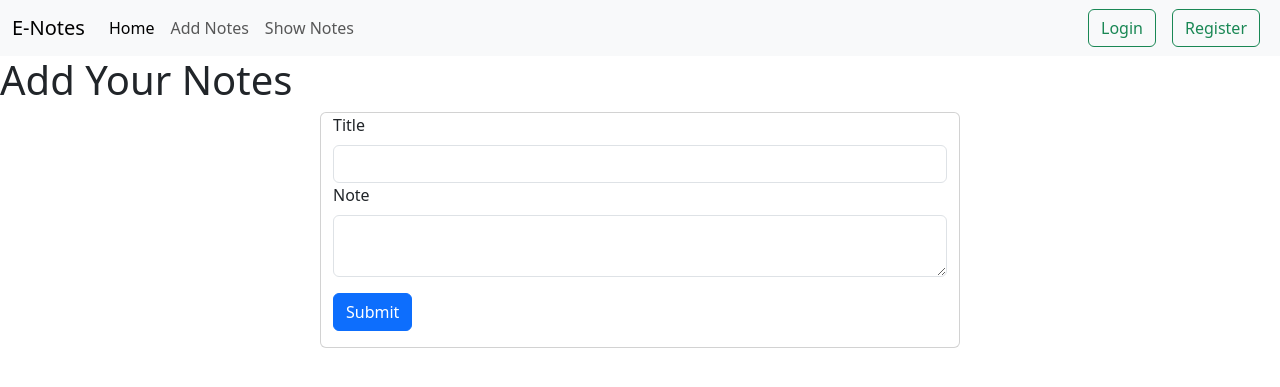
Repository: SandeepSharma2002/JavaProjects
Page: http://localhost/ENotes/addNotes.jsp
The author's editor kept a copy of each file at every save. The page is drawn from the files as they stood at one save, then again after the next save.
The browser window is 1280 px wide. The pictures show the whole page.
The page is served by Tomcat 9. Other server files are loaded and not shown.

Above is the page before, as saved 2023-10-24 18:52:53.

### ENotes/src/main/webapp/addNotes.jsp
<%@ page language="java" contentType="text/html; charset=ISO-8859-1"
	pageEncoding="ISO-8859-1"%>
<!DOCTYPE html>
<html>
<head>
<meta charset="ISO-8859-1">
<%@ include file="Components/allcss.jsp"%>
<title>Insert title here</title>
</head>
<body>
	<%@include file="Components/Navbar.jsp"%>

	<div class="col">
	<h1 class=" col-md-6">Add Your Notes</h1>
		<div class="card container-fluid col-md-6">

			<form>
				<div class="mb-3">
					<label for="exampleInputEmail1" class="form-label">Title</label> <input
						type="text" class="form-control" id="exampleInputEmail1"
						aria-describedby="emailHelp">

					<div class="mb-3">
						<label for="exampleInputPText1" class="form-label">Note</label> <textarea
						row ="10"	type="text" class="form-control" id="exampleInputPassword1"></textarea>
					</div>

					<button type="submit" class="btn btn-primary">Submit</button>
			</form>

		</div>
	</div>
</body>
</html>

### ENotes/src/main/webapp/Components/allcss.jsp
<link ref="stylesheet" href="Style/Style.css" />

<link
	href="https://cdn.jsdelivr.net/npm/bootstrap@5.3.2/dist/css/bootstrap.min.css"
	rel="stylesheet"
	integrity="sha384-T3c6CoIi6uLrA9TneNEoa7RxnatzjcDSCmG1MXxSR1GAsXEV/Dwwykc2MPK8M2HN"
	crossorigin="anonymous">

<link rel="stylesheet"
	href="https://cdnjs.cloudflare.com/ajax/libs/font-awesome/6.4.2/css/all.min.css"
	integrity="sha512-z3gLpd7yknf1YoNbCzqRKc4qyor8gaKU1qmn+CShxbuBusANI9QpRohGBreCFkKxLhei6S9CQXFEbbKuqLg0DA=="
	crossorigin="anonymous" referrerpolicy="no-referrer" />


<script
	src="https://cdn.jsdelivr.net/npm/bootstrap@5.3.2/dist/js/bootstrap.bundle.min.js"
	integrity="sha384-C6RzsynM9kWDrMNeT87bh95OGNyZPhcTNXj1NW7RuBCsyN/o0jlpcV8Qyq46cDfL"
	crossorigin="anonymous"></script>

### ENotes/src/main/webapp/Components/Navbar.jsp
<%@page import="com.User.UserDetails"%>
<nav class="navbar navbar-expand-lg navbar-light bg-light">
	<div class="container-fluid">
		<a class="navbar-brand" href="index.jsp">E-Notes</a>
		<button class="navbar-toggler" type="button" data-bs-toggle="collapse"
			data-bs-target="#navbarSupportedContent"
			aria-controls="navbarSupportedContent" aria-expanded="false"
			aria-label="Toggle navigation">
			<span class="navbar-toggler-icon"></span>
		</button>
		<div class="collapse navbar-collapse" id="navbarSupportedContent">
			<ul class="navbar-nav me-auto mb-2 mb-lg-0">
				<li class="nav-item"><a class="nav-link active"
					aria-current="page" href="index.jsp">Home</a></li>
				<li class="nav-item"><a class="nav-link" href="#">Add Notes</a>
				</li>
				<li class="nav-item"><a class="nav-link" href="#">Show
						Notes</a></li>
			</ul>
			<form class="d-flex">
				<%
				UserDetails user = (UserDetails) session.getAttribute("User");
				if (user != null) {
				%>
				<a href="home.jsp"
					class="btn btn-outline-success my-2 my-sm-0 mx-sm-2" type="submit">Welcome
					<%=user.getName()%></a> <a
					class="btn btn-outline-success my-2 my-sm-0 mx-sm-2" type="submit"
				    >Logout</a>
				<%
				} else {
				%>
				<a href="LoginPage.jsp"
					class="btn btn-outline-success my-2 my-sm-0 mx-sm-2" type="submit">Login</a>
				<a href="RegisterPage.jsp"
					class="btn btn-outline-success my-2 my-sm-0 mx-sm-2" type="submit">Register</a>
				<%
				}
				%>



			</form>
		</div>
	</div>
</nav>

After the next save:
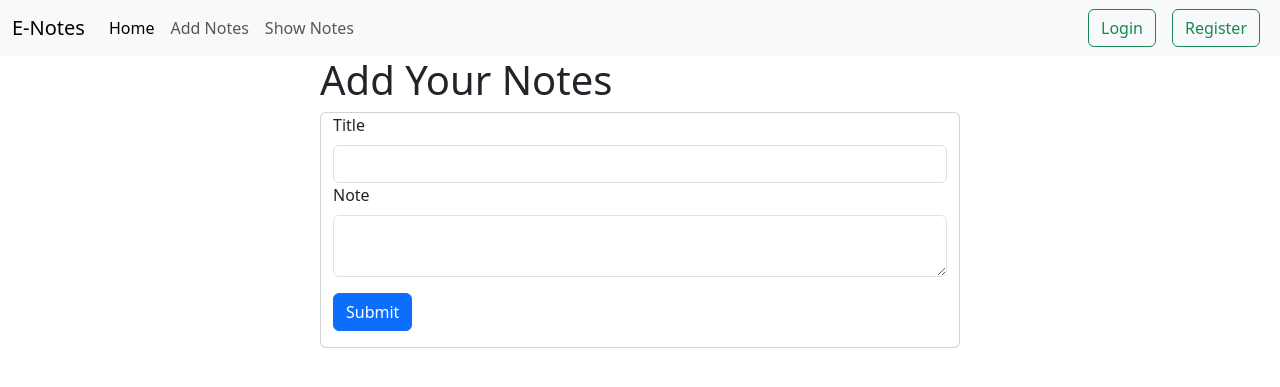
Saved 22 s later.
--- a/ENotes/src/main/webapp/addNotes.jsp
+++ b/ENotes/src/main/webapp/addNotes.jsp
@@ -11,7 +11,7 @@
 	<%@include file="Components/Navbar.jsp"%>
 
 	<div class="col">
-	<h1 class=" col-md-6">Add Your Notes</h1>
+	<h1 class=" col-md-6 mx-auto">Add Your Notes</h1>
 		<div class="card container-fluid col-md-6">
 
 			<form>
